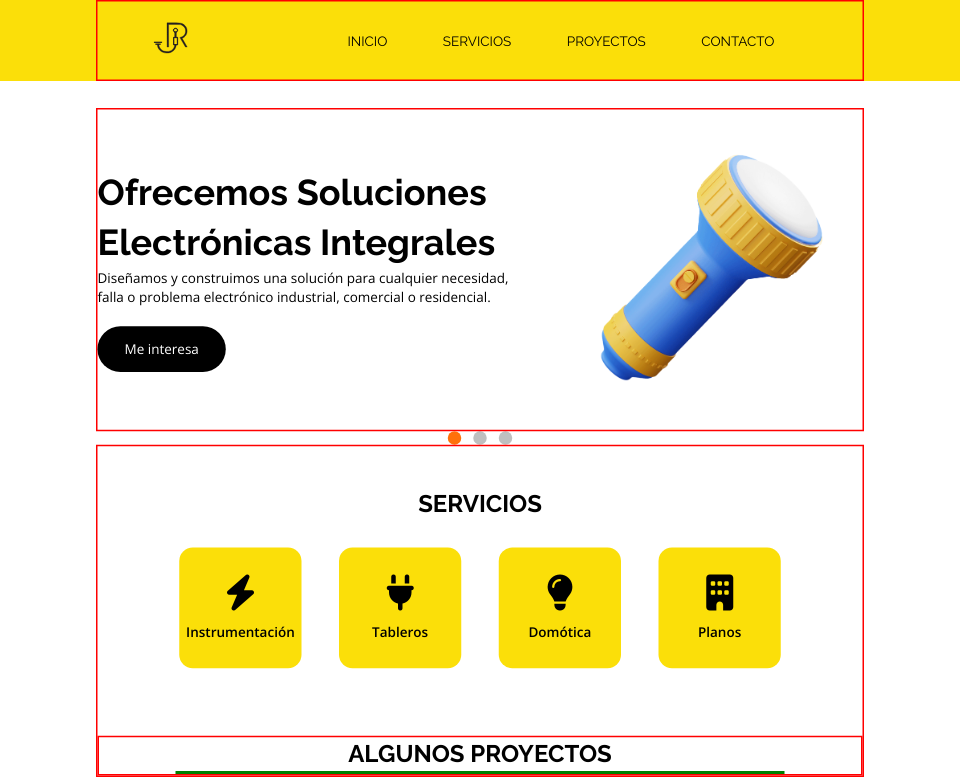
Repository: jeraldinnemg/rjelectronics
Page: index.html
These files come from the project's save history. The page is drawn as it stood at one moment and after the next save; the edit follows.
The browser window is 1280 px wide. The pictures show the whole page, at 75% of full size.
Some web libraries are served in a nearby version.

Above is the page before, as saved 2022-08-03 23:47:07.

After the next save:
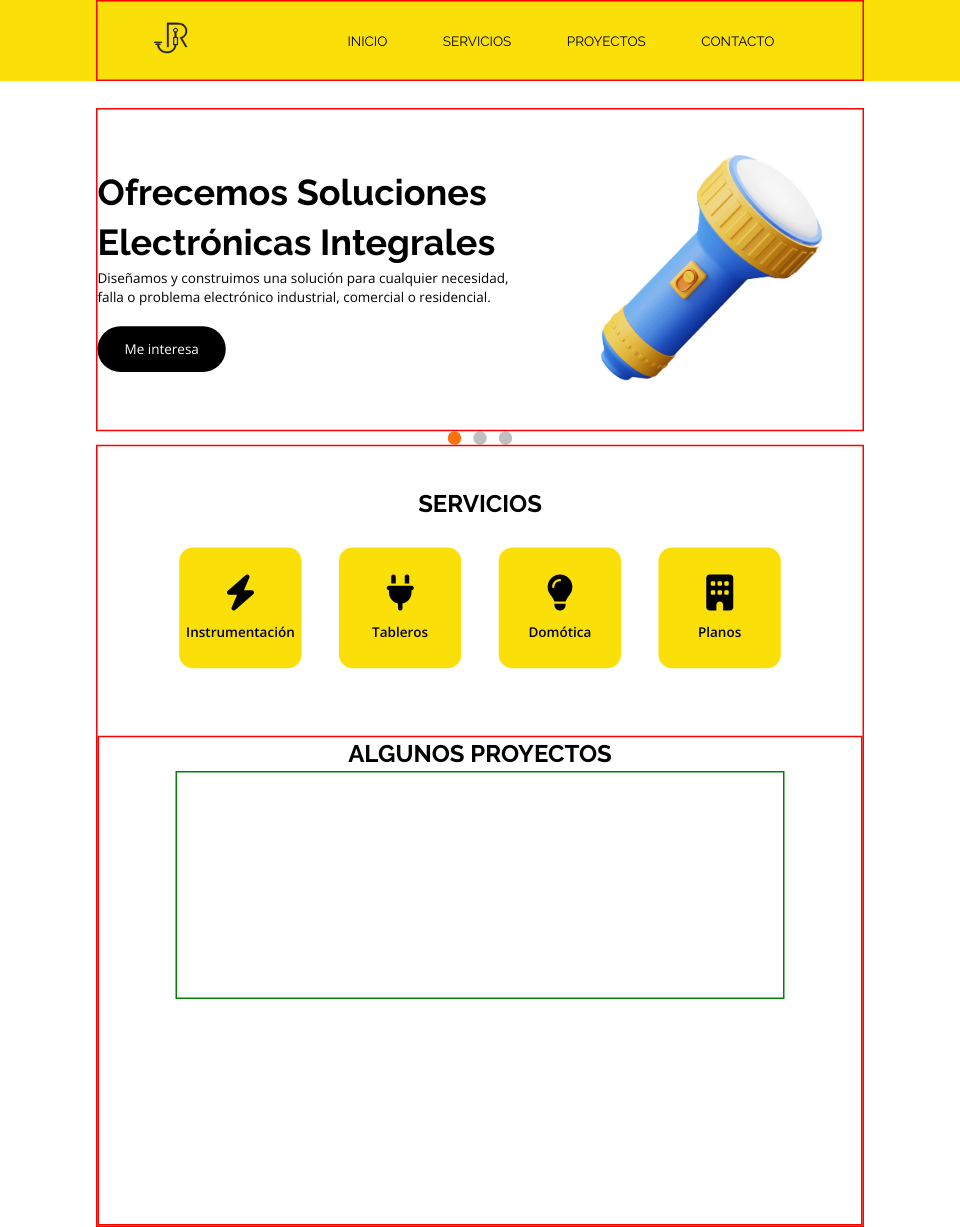
Saved 8 s later.
--- a/index.css
+++ b/index.css
@@ -415,6 +415,7 @@ i:hover{
     position: relative;
 
 
+    min-height: 300px;
     background-size: cover;
     background-repeat: no-repeat;
     background-position: center center;
